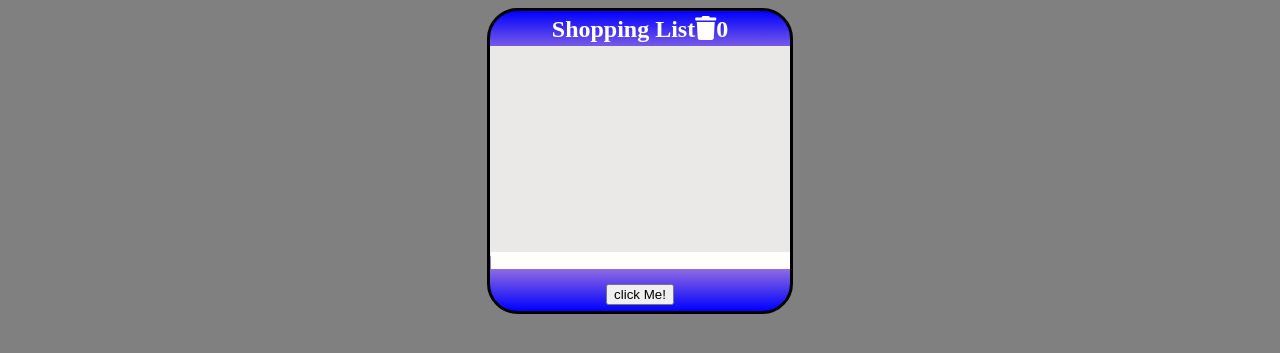
Repository: DevMinwoo-Jung/JavaScript101
Page: WebApIs/shoppingApp/index.html
The author's editor kept a copy of each file at every save. The page is drawn from the files as they stood at one save, then again after the next save.
The browser window is 1280 px wide. The pictures show the whole page.

Above is the page before, as saved 2021-06-14 13:39:28.

After the next save:
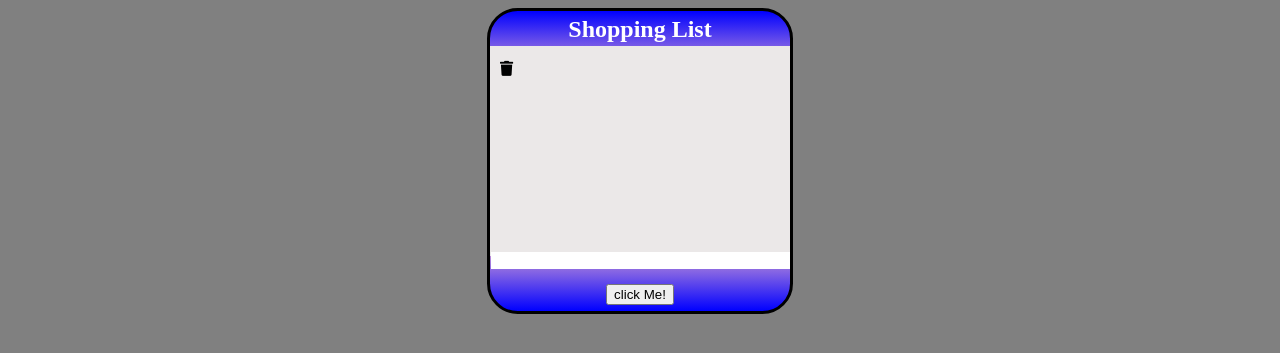
Saved 47 s later.
--- a/WebApIs/shoppingApp/index.html
+++ b/WebApIs/shoppingApp/index.html
@@ -14,10 +14,10 @@
 <body>
   <div class="list__div">
     <div class="list__div__top">
-      <h2>Shopping List<i class="fas fa-trash">0</i></h2>
+      <h2>Shopping List</h2>
     </div>
     <div class="item__list">
-      <p></p>
+      <p><i class="fas fa-trash"></i></p>
     </div>
     <input class="input__box" type="text">
     <div class="button__div">
